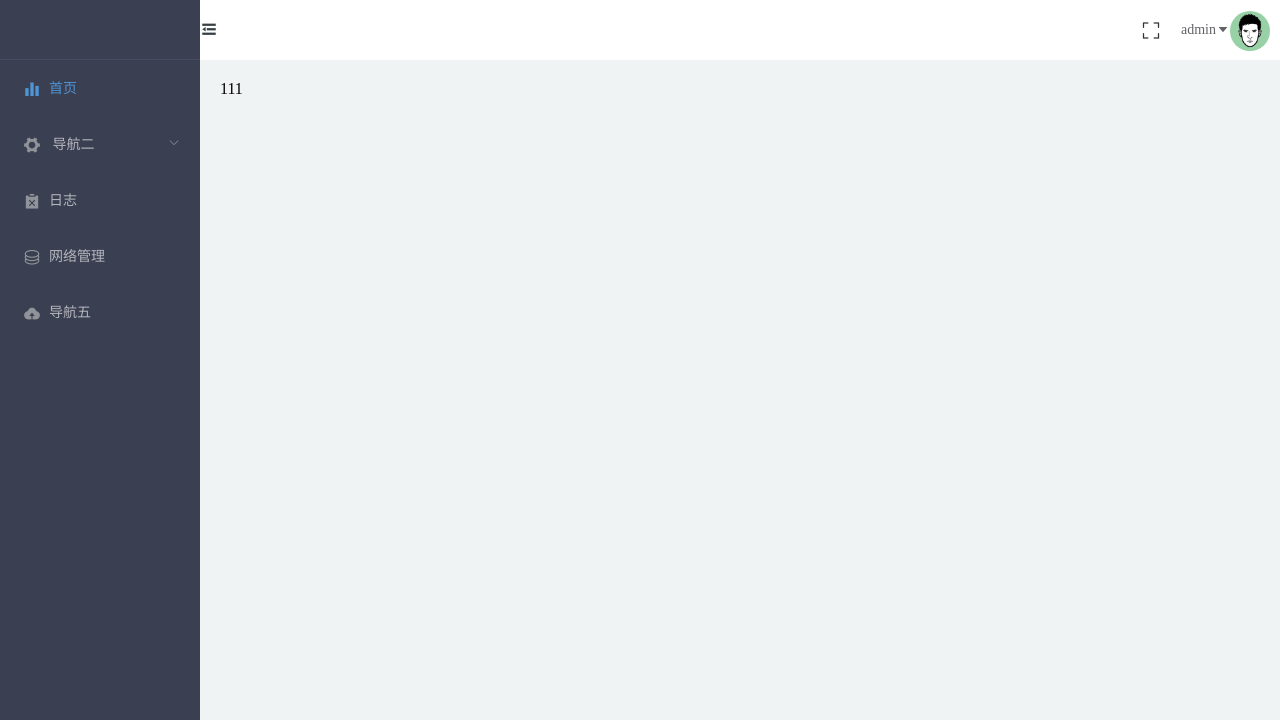
Repository: TomGodb/dazoo-admin
Page: /#/Home
The author's editor kept a copy of each file at every save. The page is drawn from the files as they stood at one save, then again after the next save.
The browser window is 1280 px wide. The pictures show the whole page.
The project was rebuilt for these pictures with package versions that can differ from the ones it lists, and the page was loaded fresh each time. Also part of the build but not shown: vue.config.js, src/components/SlideVerify/index.vue, src/utils/request.js, src/views/login/http.js, src/views/login/index.vue.

Above is the page before, as saved 2021-01-23 11:05:22.

After the next save:
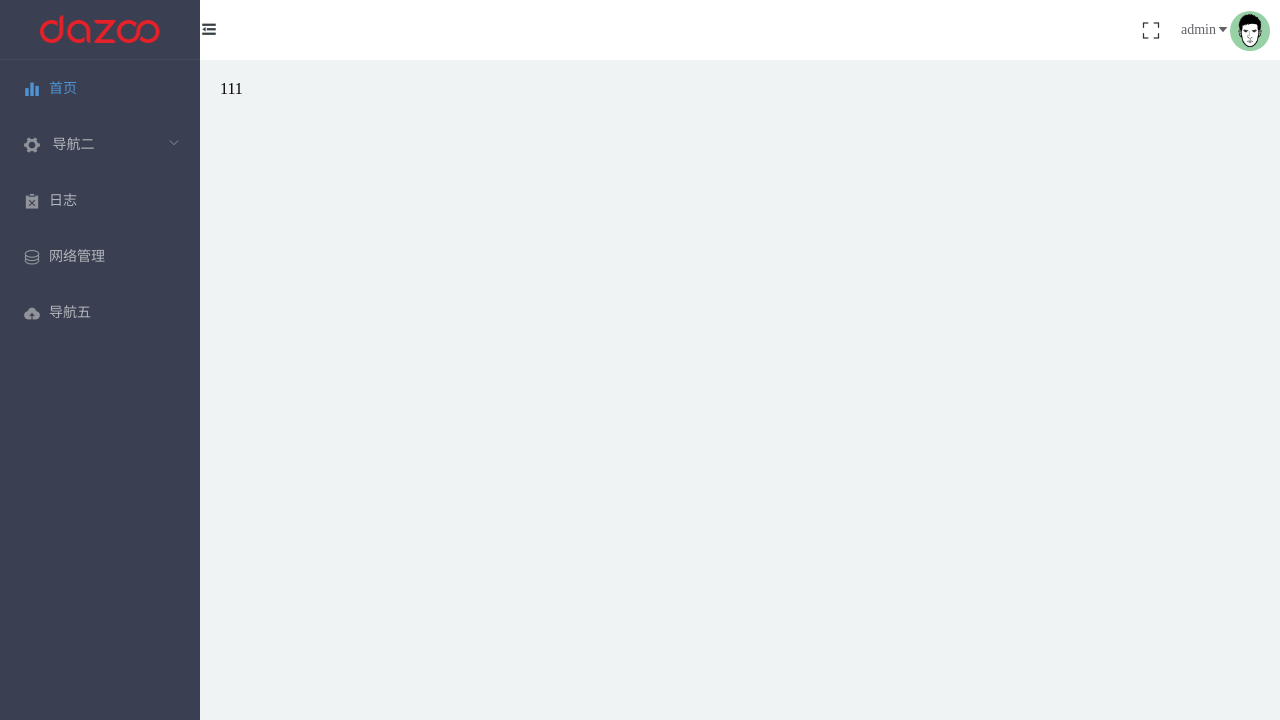
Saved 11 s later.
--- a/src/Home/Header/logo.vue
+++ b/src/Home/Header/logo.vue
@@ -4,7 +4,7 @@
       <!-- <img v-if="opened" src="@a/ImgSrc/Home-logo/dazoo-logo.png" alt="logo" />
       <img v-else src="@a/ImgSrc/Home-logo/logo.jpg" alt="logo" /> -->
 
-       <img v-if="opened" :src="require('@a/ImgSrc/Home-logo/logo.jpg')" alt="logo" />
+       <img  :src="require('@a/ImgSrc/Home-logo/logo.jpg')" alt="logo" />
     </div>
   </div>
 </template>
